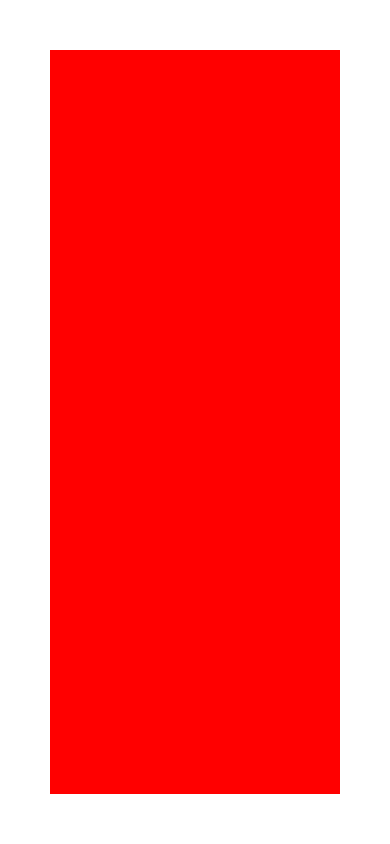
Repository: akinmiday/ReactNativeApp
Screen: /
The author's editor kept a copy of each file at every save. The screen is drawn from the files as they stood at one save, then again after the next save.
The app was drawn by React Native's web renderer in a window 390 px wide. The project was rebuilt for these pictures with package versions that can differ from the ones it lists, and the page was loaded fresh each time.

Above is the screen before, as saved 2023-08-06 16:05:21.

After the next save:
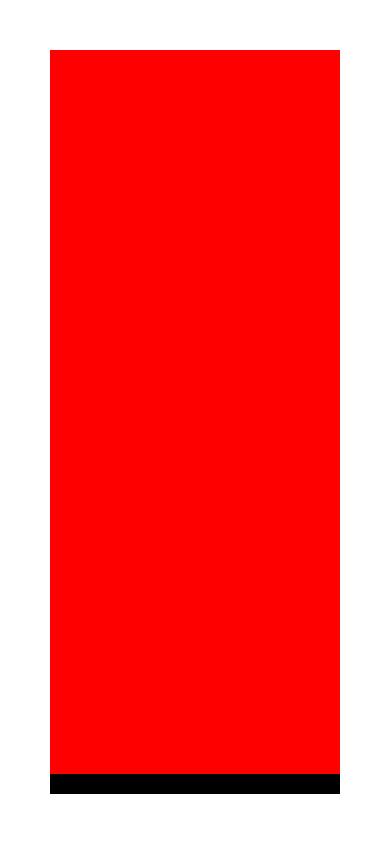
Saved 26 s later.
--- a/styles.js
+++ b/styles.js
@@ -6,6 +6,7 @@ const styles = StyleSheet.create({
     flex: 1,
     padding: 20,
     margin: 50,
+    borderBottomWidth: 20,
   },
   input: {
     backgroundColor: "pink",
